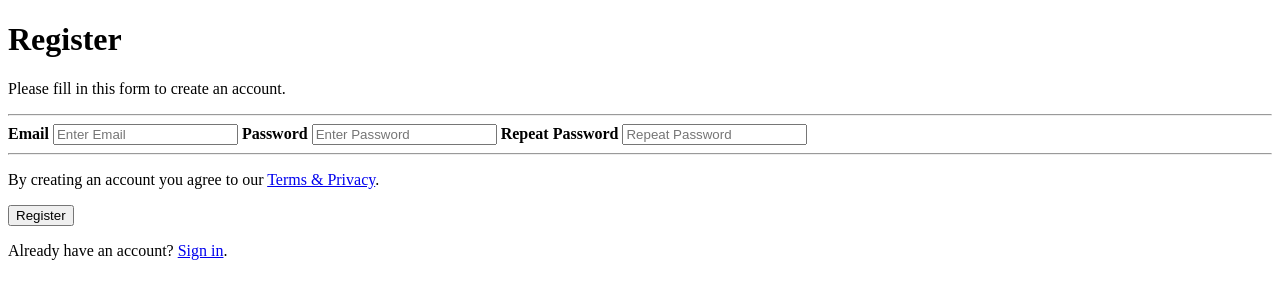
Repository: yonghwankim-dev/FinancialLedgerService
Page: http://localhost/FinancialLedger/
These files come from the project's save history. The page is drawn as it stood at one moment and after the next save; the edit follows.
The browser window is 1280 px wide. The pictures show the whole page.
The page is served by Tomcat 9.

Above is the page before, as saved 2021-02-23 03:27:56.
Not found: FinancialLedger/css/index.css

After the next save:
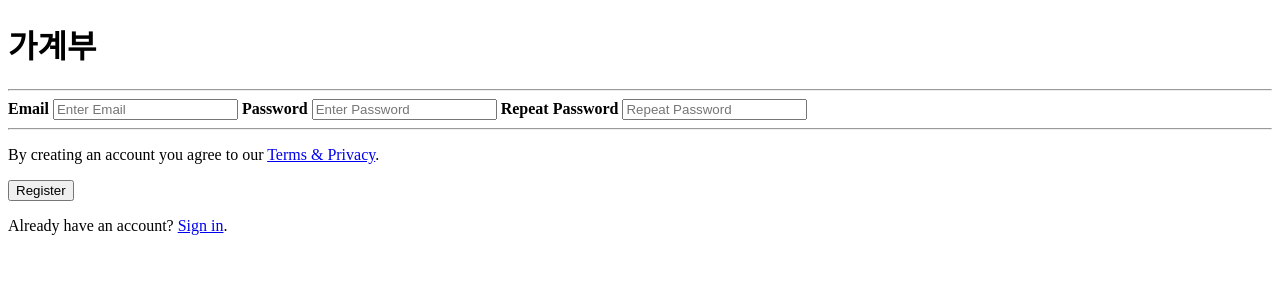
Saved 2 min 57 s later.
--- a/FinancialLedger/WebContent/index.jsp
+++ b/FinancialLedger/WebContent/index.jsp
@@ -10,8 +10,7 @@
 <body>
 	<form action="action_page.php">
 	  <div class="container">
-	    <h1>Register</h1>
-	    <p>Please fill in this form to create an account.</p>
+	    <h1>가계부</h1>
 	    <hr>
 
 	    <label for="email"><b>Email</b></label>
